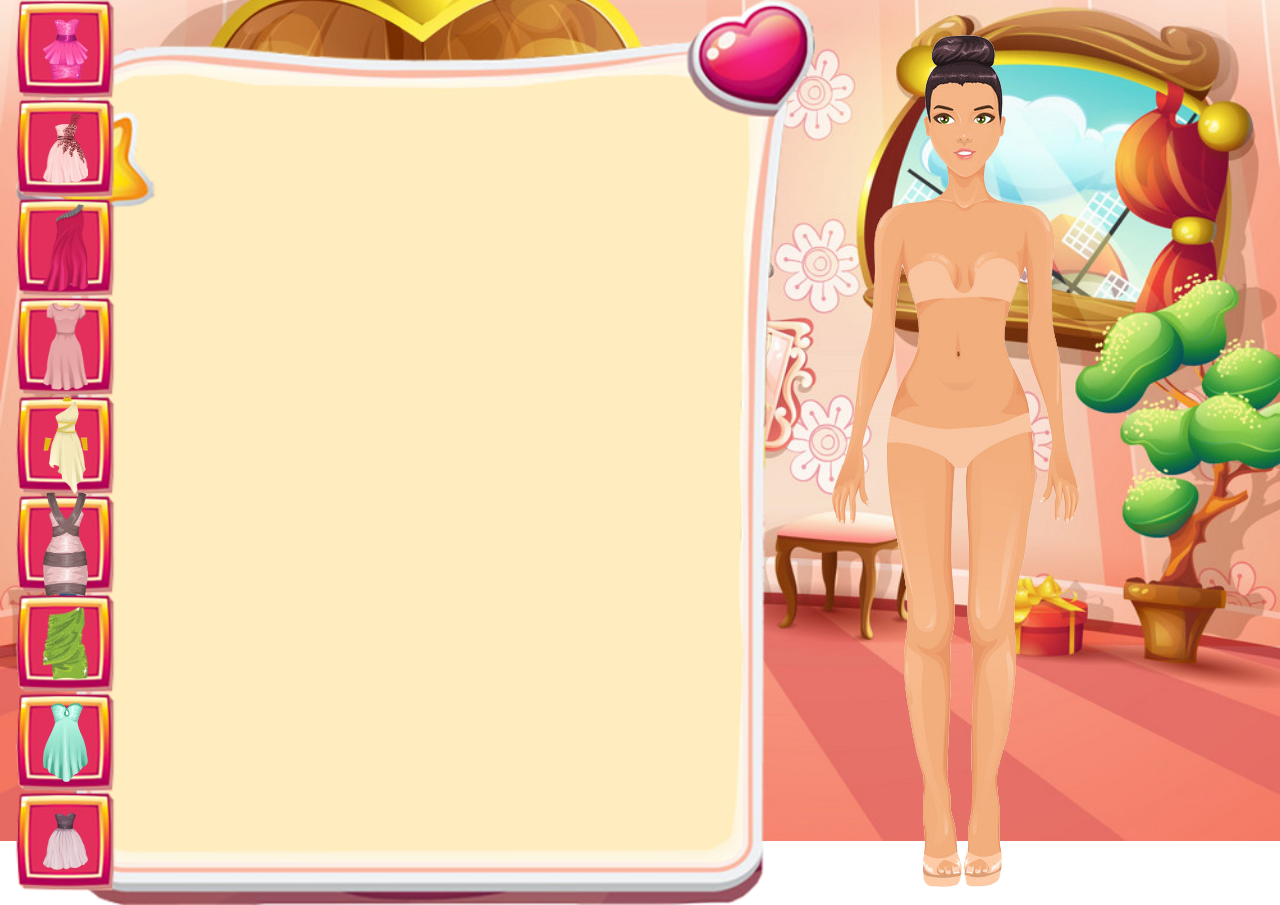
Repository: bunbubam/GameThayDoReactjs_NguyenKhacNghia
Page: /
These files come from the project's save history. The page is drawn as it stood at one moment and after the next save; the edit follows.
The browser window is 1280 px wide. The pictures show the whole page.
The project was rebuilt for these pictures with package versions that can differ from the ones it lists, and the page was loaded fresh each time.

Above is the page before, as saved 2022-03-30 15:58:45.

After the next save:
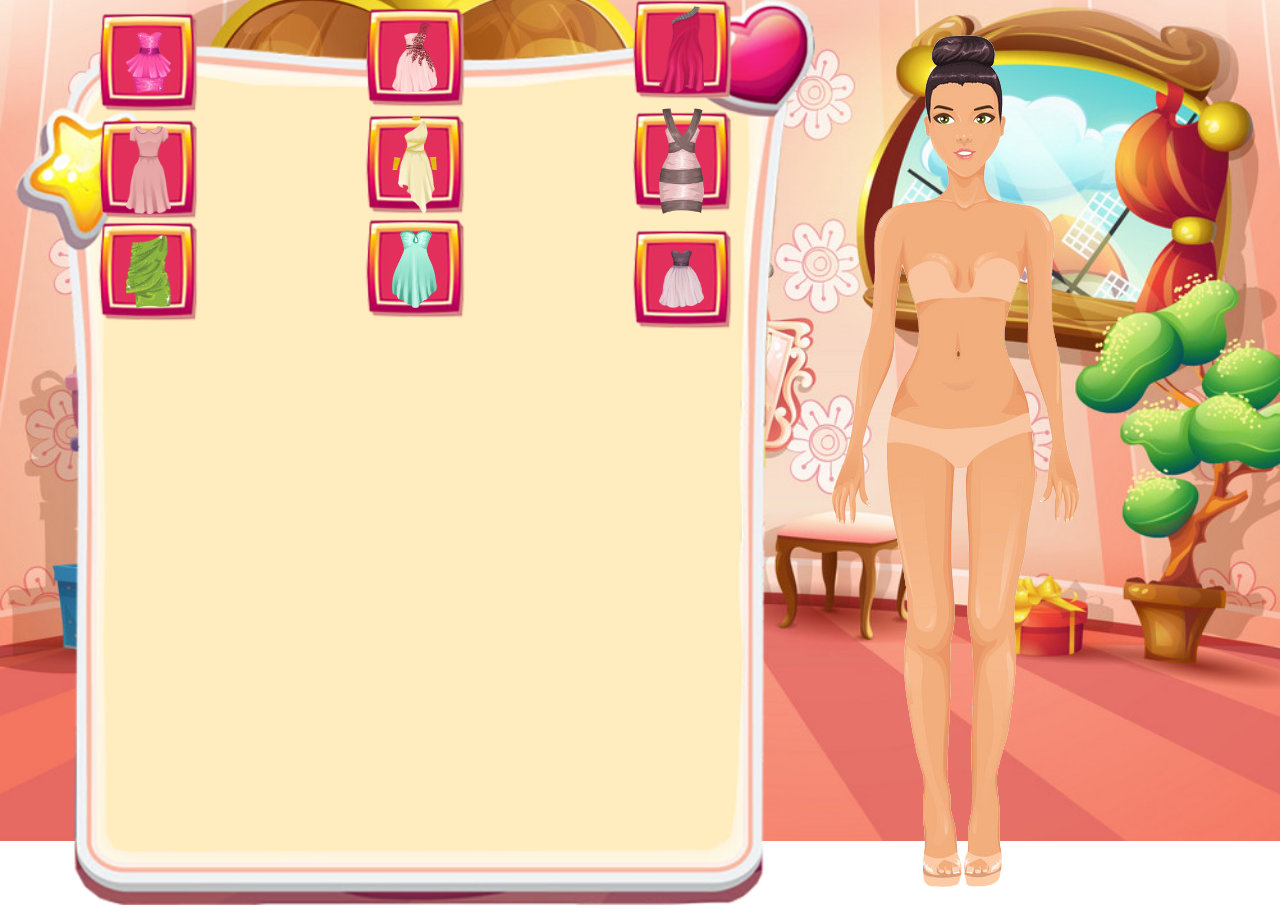
Saved 56 s later.
--- a/src/App.css
+++ b/src/App.css
@@ -16,6 +16,12 @@ body {
     width: 800px;
     height: 905px;
 }
+.clothing-flex {
+    display: flex;
+    flex-direction: row;
+    justify-content: space-around;
+    align-items: baseline;
+}
 .clothing-item {
     background: url(gamethaydo/images/menu.png) no-repeat;
     width: 100px;
